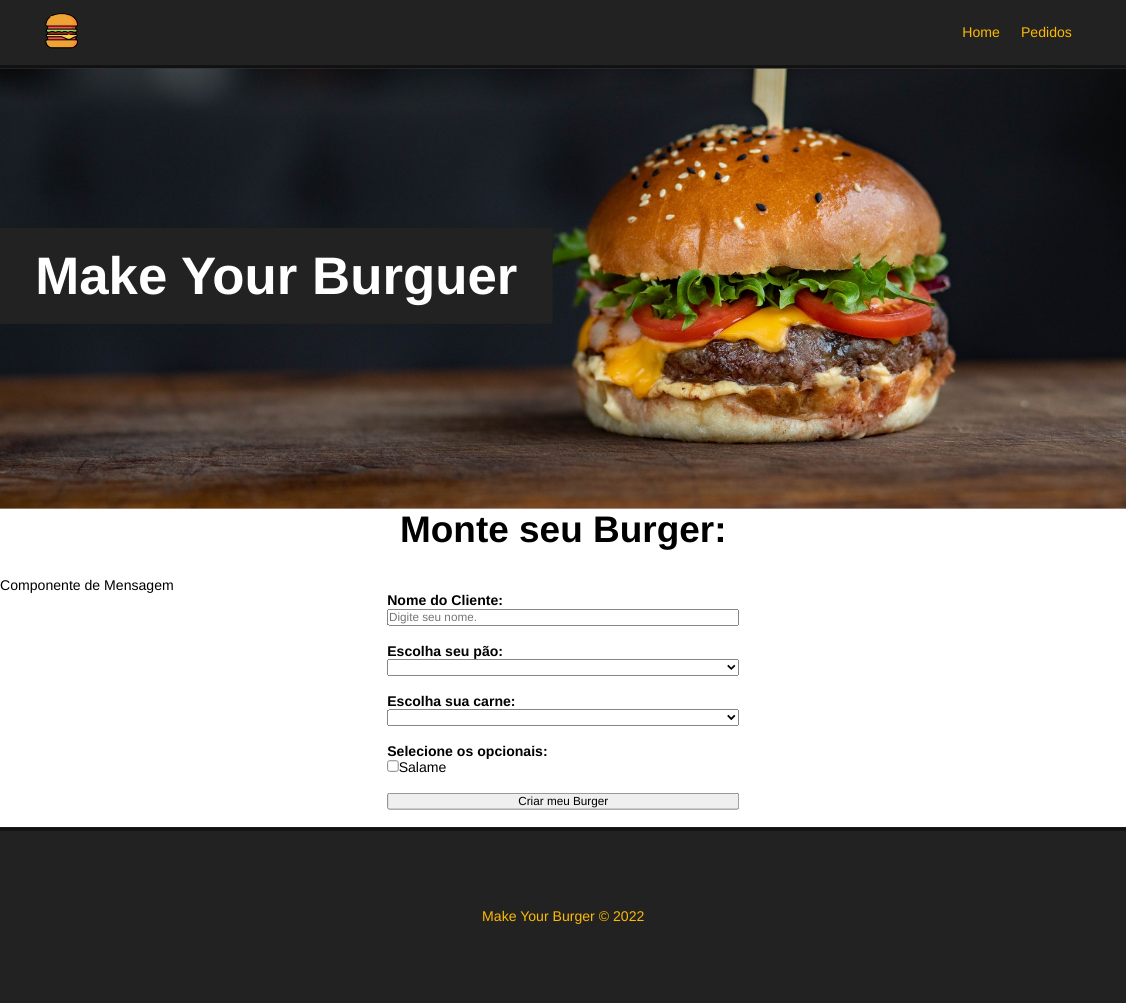
Repository: brunofa23/makeyourburguer
Page: /
These files come from the project's save history. The page is drawn as it stood at one moment and after the next save; the edit follows.
The browser window is 1280 px wide. The pictures show the whole page, at 88% of full size.
The project was rebuilt for these pictures with package versions that can differ from the ones it lists, and the page was loaded fresh each time. Also part of the build but not shown: vue.config.js.

Above is the page before, as saved 2022-08-09 20:07:48.

### src/App.vue
<template>
  <Navbar :logo="logo_src" :alt="app_name"/>
  <router-view/>
  <Footer />
</template>

<script>
import Navbar from './components/Navbar.vue';
import Footer from './components/Footer.vue';

export default{
  components:{ Navbar, Footer },
  data(){
    return{
      logo_src:"/img/logo.png",
      app_name:"Make Your Burguer"
    }

  }
}

</script>

<style>
*{
  font-family: Helvetica, sans-serif;
  padding: 0;
  margin: 0;
  box-sizing: border-box;
}


.main-container{
  margin:50px;
  min-height: 250px;
}

h1{
  text-align: center;
  font-size: 42px;
  margin-bottom: 30px;
}
</style>

### src/router/index.js
import { createRouter, createWebHistory } from 'vue-router'
import HomeView from '../views/HomeView.vue'

const routes = [
  {
    path: '/',
    name: 'home',
    component: HomeView
  },
  {
    path: '/pedidos',
    name: 'Pedidos',
    // route level code-splitting
    // this generates a separate chunk (about.[hash].js) for this route
    // which is lazy-loaded when the route is visited.
    component: () => import(/* webpackChunkName: "about" */ '../views/PedidosView.vue')
  }
]

const router = createRouter({
  history: createWebHistory(process.env.BASE_URL),
  routes
})

export default router

### src/components/Navbar.vue
<template>
  <div id="nav">
    <router-link to="/" id="logo-url">
        <img :src="logo" :alt="alt" id="logo" >
    </router-link>
    <router-link to="/">Home</router-link>
    <router-link to="/pedidos">Pedidos</router-link>
  </div>
</template>

<script>
export default {
    name:"Navbar",
    props:["logo", "alt"]
}
</script>




<style scoped>
#nav{
  background-color:#222 ;
  border-bottom: 4px solid #111;
  padding: 15px 50px;
  display: flex;
  justify-content: flex-end;
  align-items: center;


}

#nav #logo-url{
  margin: auto;
  margin-left: 0;


}

#logo{
  width: 40px;
  height: 40px;
}

#nav a{
  color: #FCBA03;
  text-decoration: none;
  margin: 12px;
  transition: .5s;

}
#nav a:hover{
  color:#FFF;
}

</style>

### src/components/Footer.vue
<template>
    <footer id="footer">
        <p>Make Your Burger &copy; 2022</p>

    </footer>
</template>


<script>
export default{
    name: "Footer"
}

</script>

<style scoped>
#footer{
    height: 200px;
    background-color: #222;
    border-top: 4px solid #111;
    color: #fcba03;
    display: flex;
    align-items: center;
    justify-content: center;
    width: 100%;
}
</style>

### src/views/HomeView.vue
<template>
  <div class="main-container">
    <Banner />
   <h1>Monte seu Burger:</h1>
   <BurgerForm />
  </div>
</template>

<script>
import Banner from "@/components/Banner.vue";
import BurgerForm from "@/components/BurgerForm.vue";

export default{
  name: "Home",
  components:{
    Banner,
    BurgerForm
}
}

</script>

<style>
.main-container{
  margin: 0;
}
</style>

### src/components/Banner.vue
<template>
  <div id="main-banner">
    <h1>Make Your Burguer</h1>
  </div>
</template>

<script>
export default {
  name: 'Banner',
}
</script>

<style scoped>
#main-banner{
    background-image: url('/public/img/burger.jpg');
    background-position: 0 -250px;
    background-size: cover;
    height: 500px;
    display: flex;
    align-items: center;
    justify-content: flex-start;

}

#main-banner h1{
    color: #FFF;
    text-align: center;
    font-size: 60px;
    background-color: #222;
    padding: 20px 40px;

}


</style>
>

### src/components/BurgerForm.vue
<template>
  <div>
    <p>Componente de Mensagem</p>
    <div>
      <form id="burger-form">
        <div class="input-container">
          <label for="nome">Nome do Cliente:</label>
          <input
            type="text"
            id="nome"
            name="nome"
            v-model="nome"
            placeholder="Digite seu nome."
          />
        </div>
        <div class="input-container">
          <label for="pao">Escolha seu pão:</label>
          <select name="pao" id="pao" v-model="pao">
            <option value="">Selecione o seu pão</option>
            <option value="integral">Integral</option>
          </select>
        </div>
        <div class="input-container">
          <label for="carne">Escolha sua carne:</label>
          <select name="carne" id="carne" v-model="carne">
            <option value="">Selecione o tipo de carne</option>
            <option value="maminha">Maminha</option>
          </select>
        </div>
        <div class="input-container">
          <label for="opcionais">Selecione os opcionais:</label>
          <div class="ckeckbox-container">
            <input type="checkbox" name="opcionais" v-model="opcionais" value="salame">
            <span>Salame</span>
          </div>
        </div>
        <div class="input-container">
            <input type="submit" class="submit-btn" value="Criar meu Burger">
        </div>
      </form>
    </div>
  </div>
</template>

<script>
export default {
  name: 'BurgerForm',
}
</script>

<style scoped>
#burger-form{
    max-width:400px ;
    margin: 0 auto;
}

.input-container{
    display: flex;
    flex-direction: column;
    margin-bottom: 20px;

}

label{
    font-weight: bold;
}

</style>

Loaded but not shown: public/index.html (common file); src/main.js (common file)

After the next save:
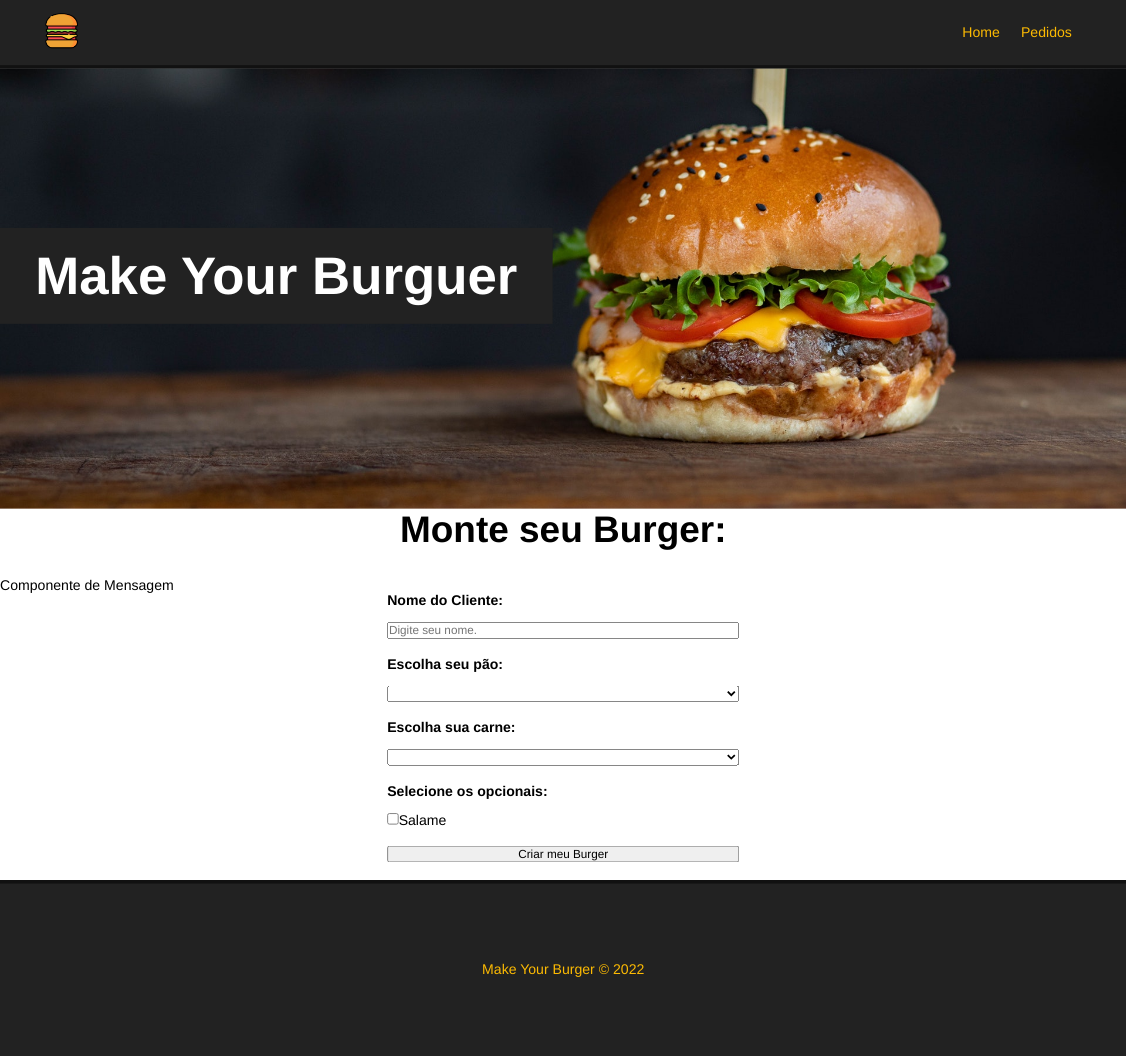
Saved 21 s later.
--- a/src/components/BurgerForm.vue
+++ b/src/components/BurgerForm.vue
@@ -63,6 +63,8 @@ export default {
 
 label{
     font-weight: bold;
+    margin-bottom: 15px;
+
 }
 
 </style>
